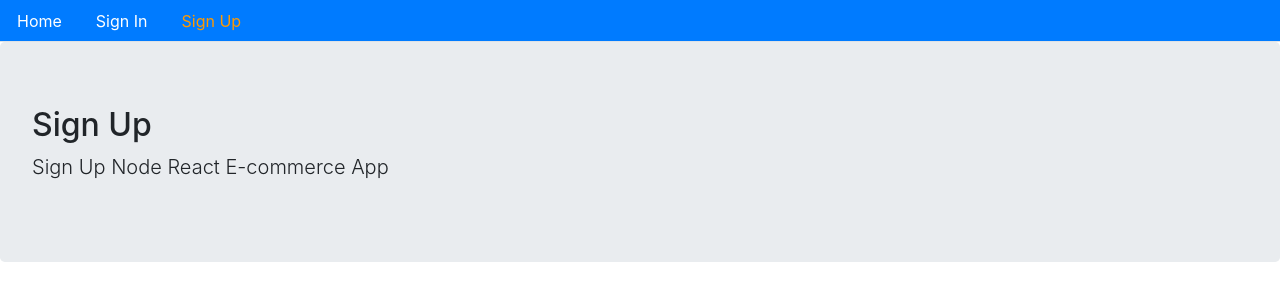
Repository: pragnyatata/Ecommerce
Page: /signup (app in ecommerce-front/)
These files come from the project's save history. The page is drawn as it stood at one moment and after the next save; the edit follows.
The browser window is 1280 px wide. The pictures show the whole page.
The project was rebuilt for these pictures with package versions that can differ from the ones it lists, and the page was loaded fresh each time. Also part of the build but not shown: ecommerce-front/src/App.js, ecommerce-front/src/user/Signin.js, ecommerce-front/src/core/Home.js.

Above is the page before, as saved 2020-01-18 21:16:18.

### ecommerce-front/public/index.html
<!DOCTYPE html>
<html lang="en">
  <head>
    <meta charset="utf-8" />
    <link rel="icon" href="%PUBLIC_URL%/favicon.ico" />
    <meta name="viewport" content="width=device-width, initial-scale=1" />
    <meta name="theme-color" content="#000000" />
    <meta
      name="description"
      content="Web site created using create-react-app"
    />
    <link rel="apple-touch-icon" href="%PUBLIC_URL%/logo192.png" />
    <link rel="manifest" href="%PUBLIC_URL%/manifest.json" />
    <link
      rel="stylesheet"
      href="https://maxcdn.bootstrapcdn.com/bootstrap/4.0.0/css/bootstrap.min.css"
      integrity="sha384-Gn5384xqQ1aoWXA+058RXPxPg6fy4IWvTNh0E263XmFcJlSAwiGgFAW/dAiS6JXm"
      crossorigin="anonymous"
    />

    <title>React App</title>
  </head>
  <body>
    <noscript>You need to enable JavaScript to run this app.</noscript>
    <div id="root"></div>
  </body>
</html>

### ecommerce-front/src/index.js
import React from "react";
import ReactDOM from "react-dom";
import App from "./App";
import Routes from "./Routes";
ReactDOM.render(<Routes />, document.getElementById("root"));

### ecommerce-front/src/Routes.js
import React, { Component } from "react";
import { BrowserRouter, Switch, Route } from "react-router-dom";
import Signup from "./user/Signup";
import Signin from "./user/Signin";
import Home from "./core/Home";
import Menu from "./core/Menu";
const Routes = () => {
  return (
    <BrowserRouter>
      <Menu />
      <Switch>
        <Route path="/" exact component={Home} />
        <Route path="/signin" exact component={Signin} />
        <Route path="/signup" exact component={Signup} />
      </Switch>
    </BrowserRouter>
  );
};
export default Routes;

### ecommerce-front/src/user/Signup.js
import React, { Component } from "react";
import Layout from "../core/Layout";
const Signup = () => (
  <Layout
    title="Sign Up"
    description=" Sign Up Node React E-commerce App"
  ></Layout>
);
export default Signup;

### ecommerce-front/src/core/Menu.js
import React from "react";
import { Link, withRouter } from "react-router-dom";
const isActive = (history, path) => {
  if (history.location.pathname === path) return { color: "#ff9900" };
  return { color: "#ffffff" };
};

const Menu = ({ history }) => (
  <div>
    <ul className="nav nav-tabs bg-primary">
      <li className="nav-item">
        <Link className="nav-link" style={isActive(history, "/")} to="/">
          Home
        </Link>
      </li>
      <li className="nav-item">
        <Link
          className="nav-link"
          style={isActive(history, "/signin")}
          to="/signin"
        >
          Sign In{" "}
        </Link>
      </li>
      <li className="nav-item">
        <Link
          className="nav-link"
          style={isActive(history, "/signup")}
          to="/signup"
        >
          Sign Up
        </Link>
      </li>
    </ul>
  </div>
);
export default withRouter(Menu);

### ecommerce-front/src/core/Layout.js
import React from "react";
const Layout = ({
  title = "Title",
  description = "Description",
  className,
  children
}) => (
  <div>
    <div className="jumbotron">
      <h2>{title}</h2>
      <p className="lead">{description}</p>
    </div>
    <div className={className}>{children}</div>
  </div>
);
export default Layout;

After the next save:
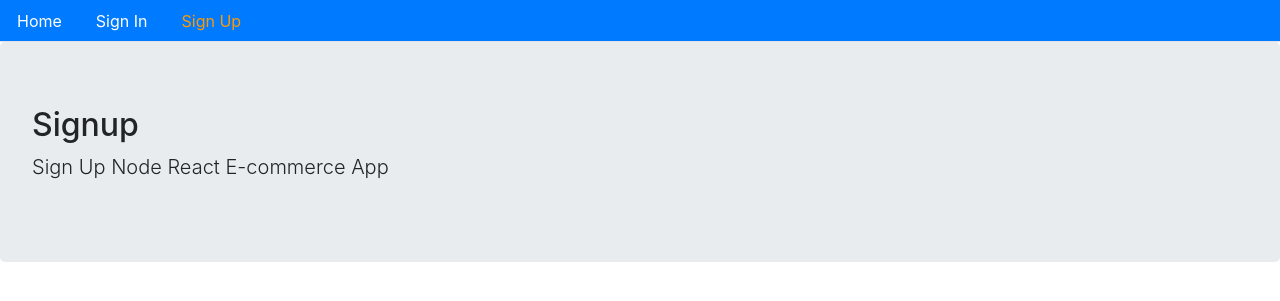
Saved 5 s later.
--- a/ecommerce-front/src/user/Signup.js
+++ b/ecommerce-front/src/user/Signup.js
@@ -2,7 +2,7 @@ import React, { Component } from "react";
 import Layout from "../core/Layout";
 const Signup = () => (
   <Layout
-    title="Sign Up"
+    title="Signup"
     description=" Sign Up Node React E-commerce App"
   ></Layout>
 );
